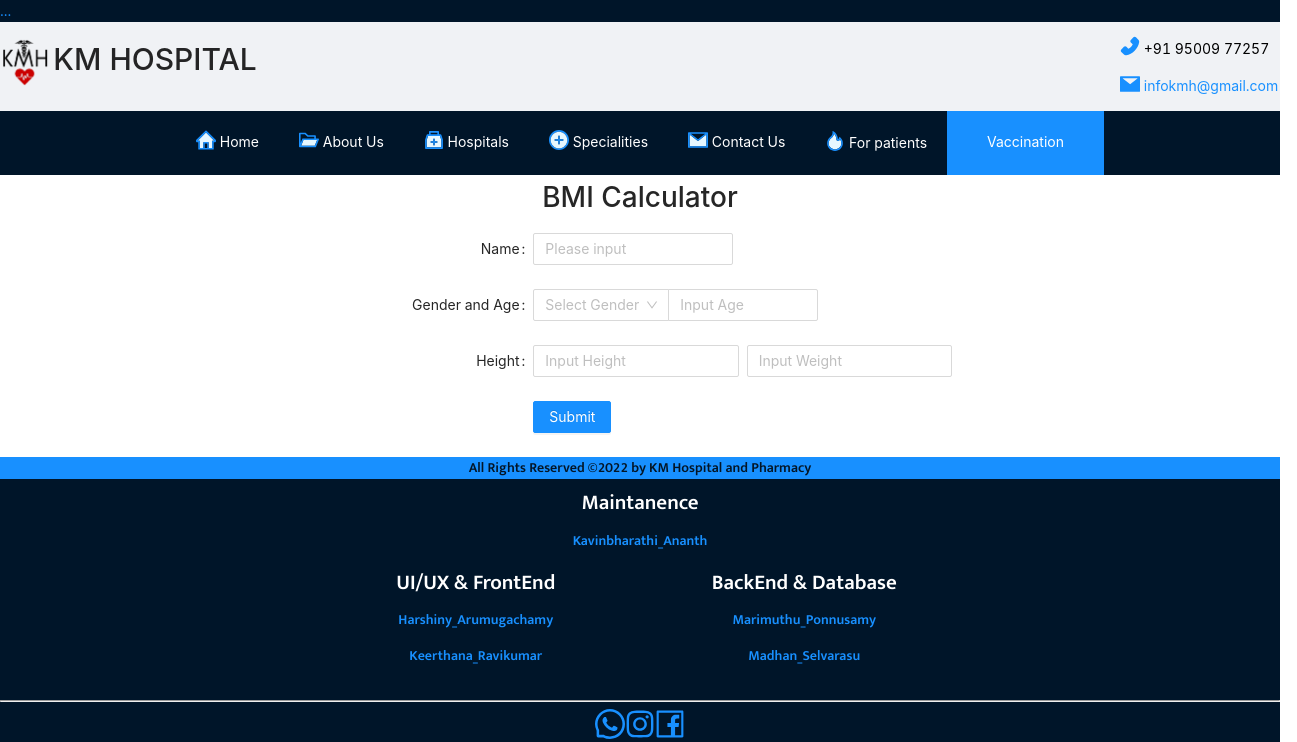
Repository: marimuthu1001/KHM-hospital
Page: /bmicalculator (app in km-hospital/)
An editor plug-in stored every save of this project. The page is shown before and after the next save, followed by the edit.
The browser window is 1280 px wide. The page is 1297 px wide, so the pictures cover 1297 px, including what lies to the right of the window. The pictures show the whole page.
The project was rebuilt for these pictures with package versions that can differ from the ones it lists, and the page was loaded fresh each time. Also part of the build but not shown: km-hospital/src/Styles/ContactUs.module.css, km-hospital/src/Pages/ContactUs.jsx, km-hospital/src/Pages/AboutUS.jsx, km-hospital/src/Styles/Specialities.module.css, km-hospital/src/firebase.js, km-hospital/src/Pages/Specialities.jsx, km-hospital/src/Pages/Feedback.jsx.

Above is the page before, as saved 2022-01-25 14:21:14.

After the next save:
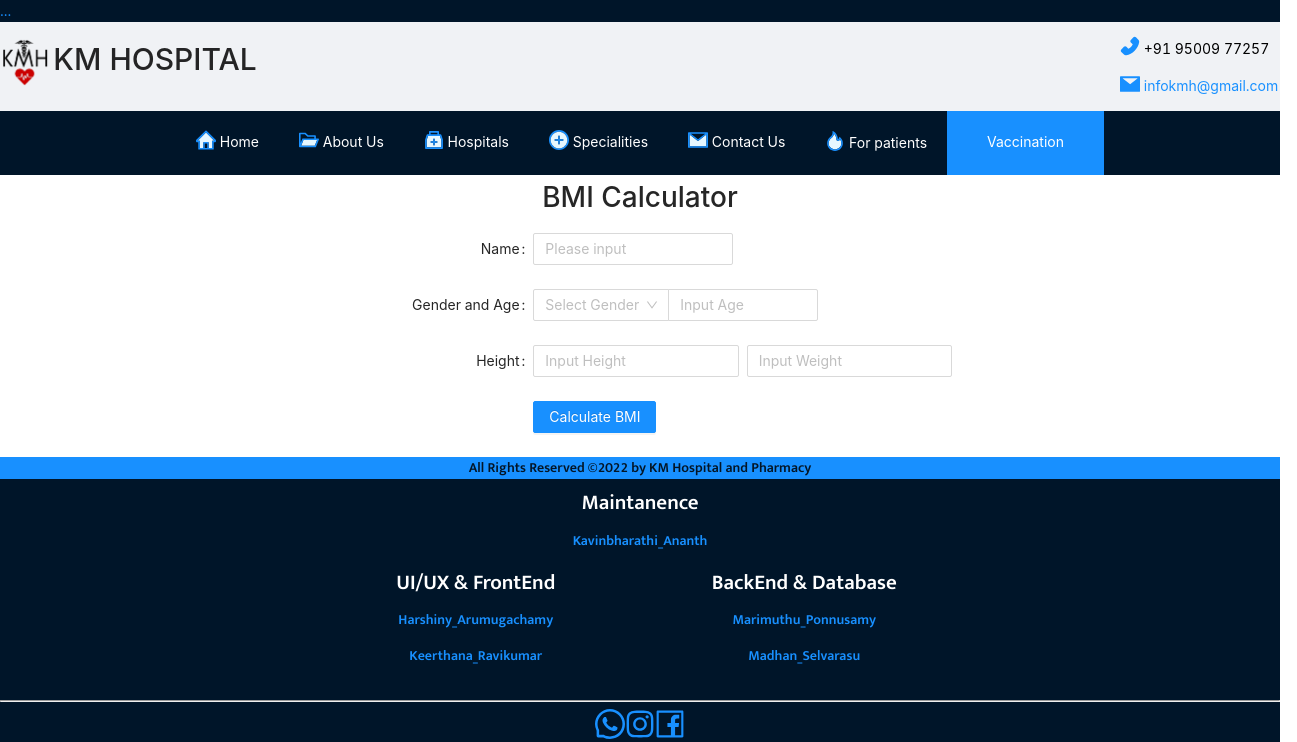
Saved 79 s later.
--- a/km-hospital/src/Pages/For Patients/Bmi_Calculator.jsx
+++ b/km-hospital/src/Pages/For Patients/Bmi_Calculator.jsx
@@ -76,7 +76,7 @@ function Bmi_Calculator() {
                 </Form.Item>
                 <Form.Item label=" " colon={false}>
                     <Button type="primary" htmlType="submit">
-                    Submit
+                    Calculate BMI
                     </Button>
                 </Form.Item>
                 </Form>
